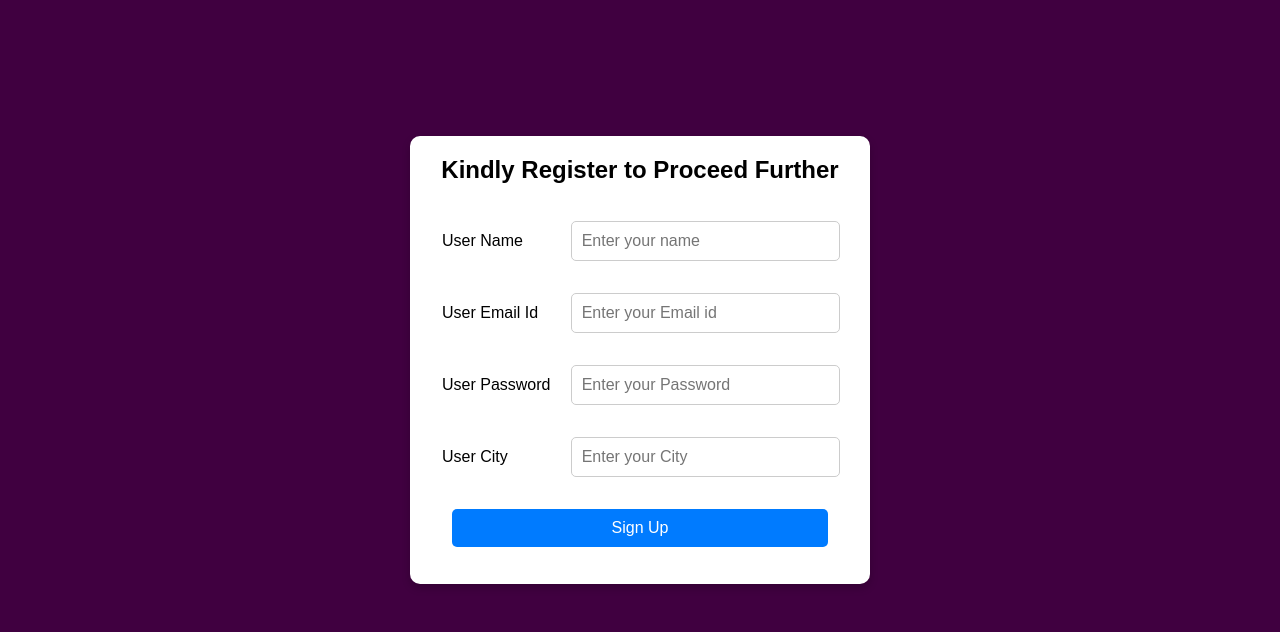
Repository: anuragtiwari3100/Java-Web-Solutions-Kit
Page: JspAndServlet/JsTagsAndWebAppUsingJSp/src/main/webapp/index.html
These files come from the project's save history. The page is drawn as it stood at one moment and after the next save; the edit follows.
The browser window is 1280 px wide. The pictures show the whole page.

Above is the page before, as saved 2024-11-27 11:20:30.

After the next save:
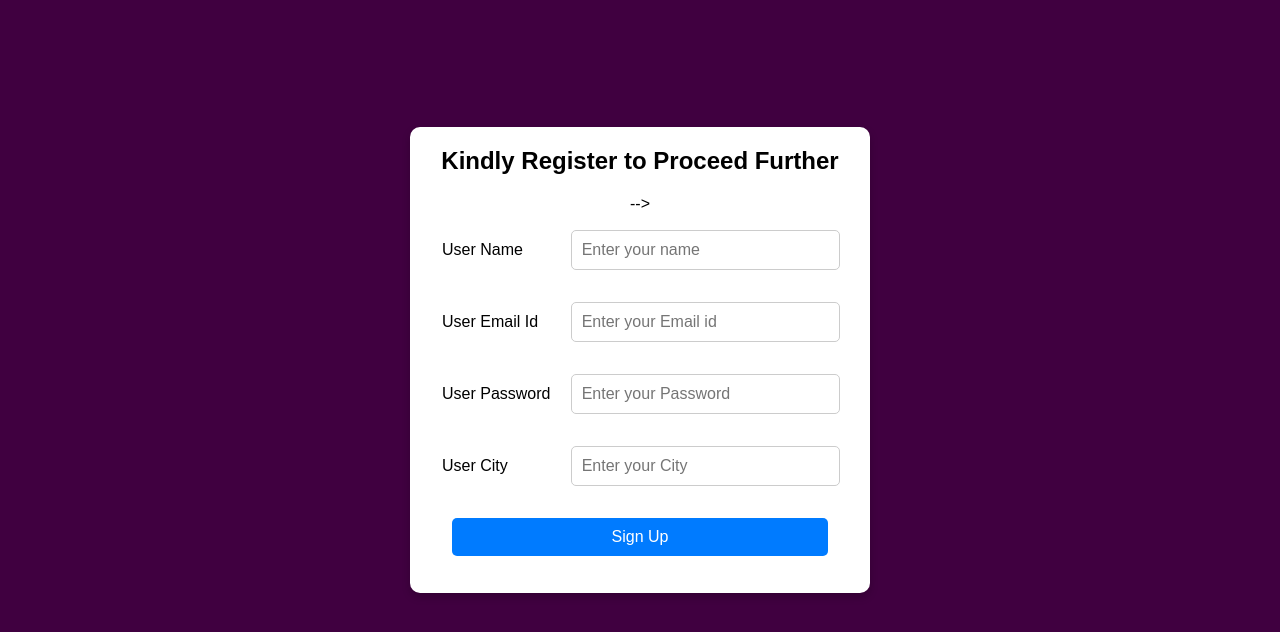
Saved 4 s later.
--- a/JspAndServlet/JsTagsAndWebAppUsingJSp/src/main/webapp/index.html
+++ b/JspAndServlet/JsTagsAndWebAppUsingJSp/src/main/webapp/index.html
@@ -56,7 +56,7 @@
 <body>
     <div class="container">
         <h2>Kindly Register to Proceed Further</h2>
-      <!--   <form method="post" action="./Register"> -->
+       <form method="post" action="./Register"> -->
 
             <table>
                 <tr>

After the save that followed:
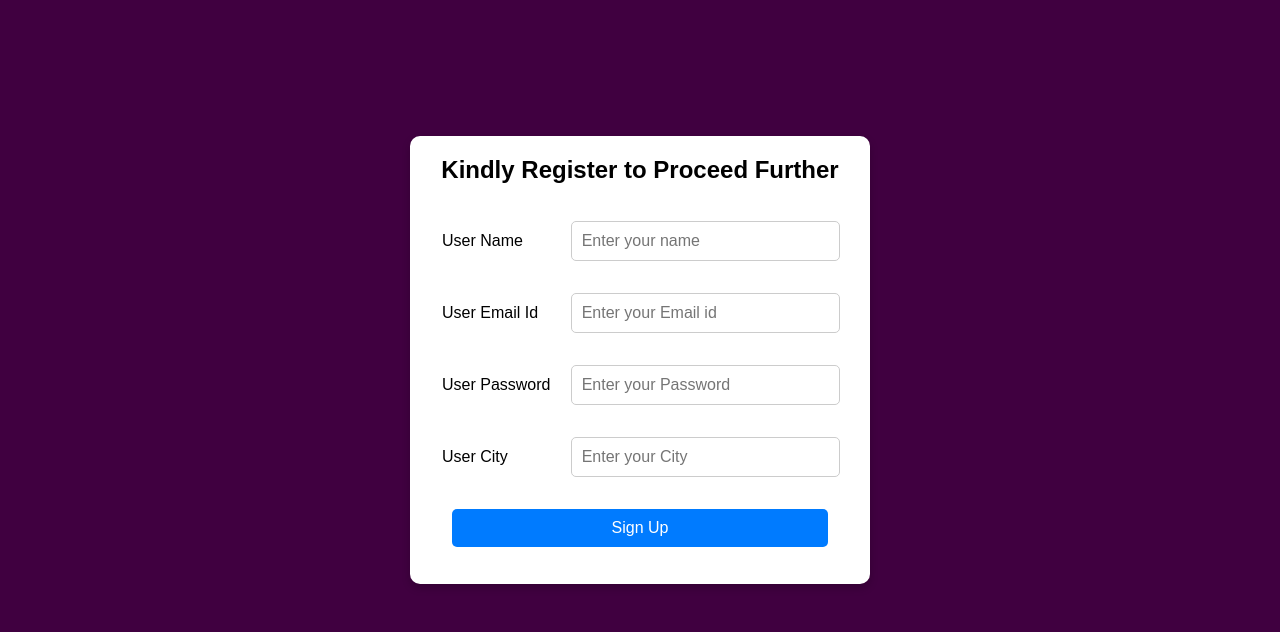
Saved 5 s later.
--- a/JspAndServlet/JsTagsAndWebAppUsingJSp/src/main/webapp/index.html
+++ b/JspAndServlet/JsTagsAndWebAppUsingJSp/src/main/webapp/index.html
@@ -56,7 +56,7 @@
 <body>
     <div class="container">
         <h2>Kindly Register to Proceed Further</h2>
-       <form method="post" action="./Register"> -->
+       <form method="post" action="./Register">
 
             <table>
                 <tr>
